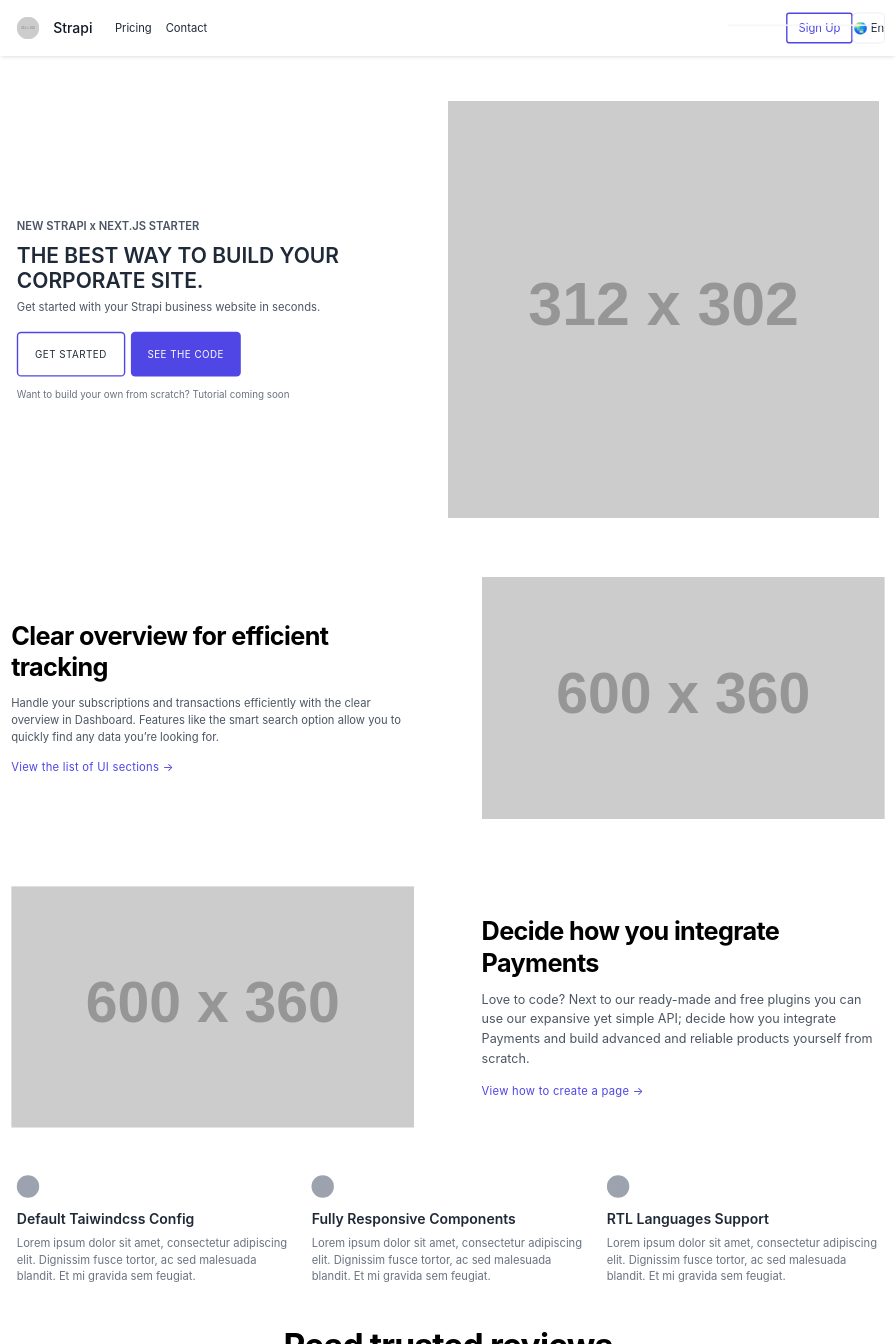
Repository: PaulBratslavsky/next-13-corporate-template
Page: /
An editor plug-in stored every save of this project. The page is shown before and after the next save, followed by the edit.
The browser window is 1280 px wide. The pictures show the part of the page from y = 0 to 1920 px (the page is 3732 px tall), at 70% of full size.
The project was rebuilt for these pictures with package versions that can differ from the ones it lists, and the page was loaded fresh each time. The framework's server and built-in components were replaced by stand-ins that run in the browser. Also part of the build but not shown: next.config.js.

Above is the page before, as saved 2022-12-06 13:09:00.

After the next save:
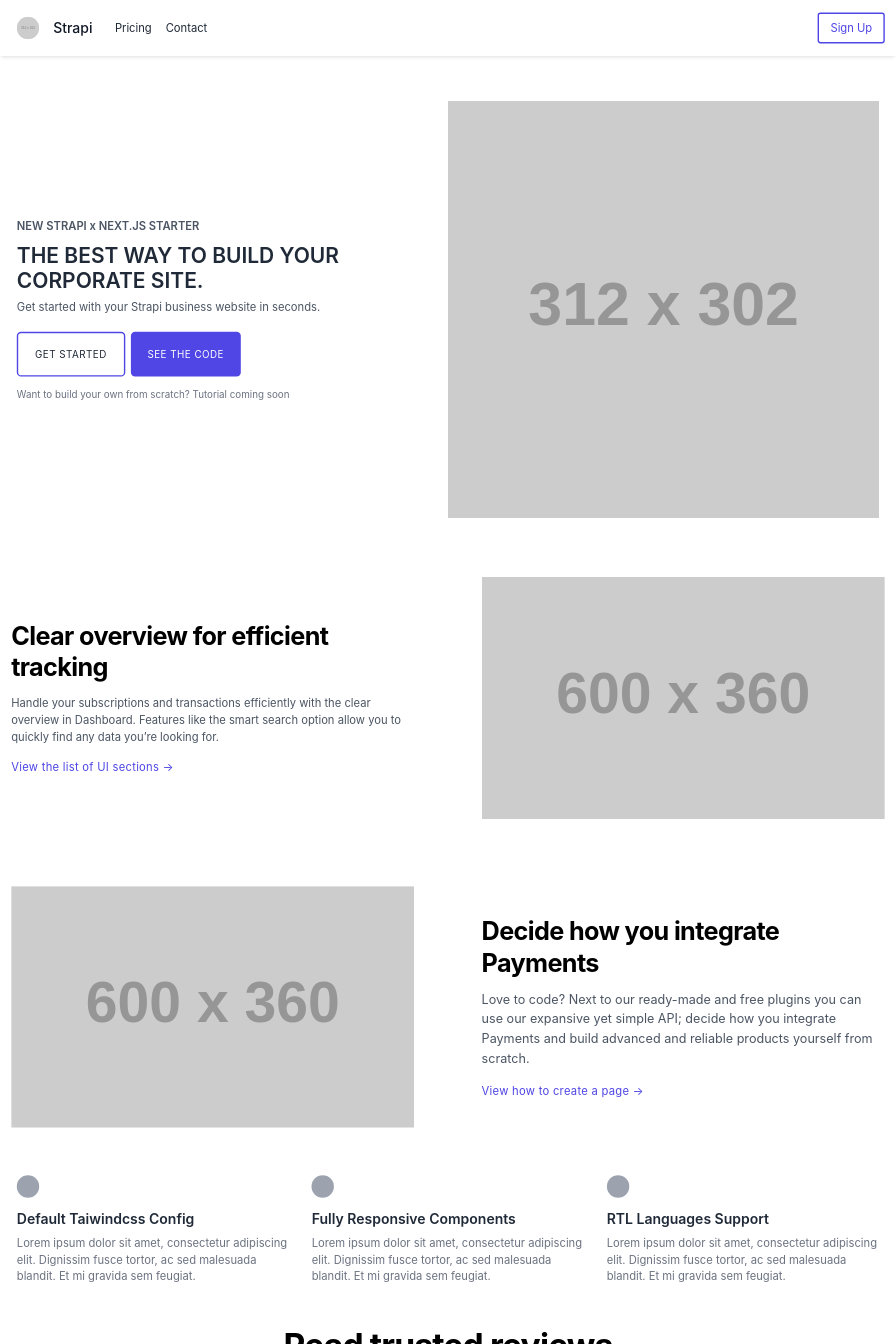
Saved 2 days later.
--- a/components/navbar.jsx
+++ b/components/navbar.jsx
@@ -32,35 +32,6 @@ const NavBar = () => {
                 <path d="M5 12h14M12 5l7 7-7 7"></path>
               </svg>
             </button> */}
-            <div className="relative inline-flex items-stretch bg-white border rounded-md">
-              <Menu>
-                <Menu.Button>🌏 En </Menu.Button>
-                  <div className="absolute right-0 z-10 w-56 mt-4 origin-top-right bg-white border border-gray-100 rounded-md shadow-lg">
-                  <Menu.Items>
-                    <Menu.Item>
-                      {({ active }) => (
-                        <a
-                          className={`${active && "block rounded-lg px-4 py-2 text-sm text-gray-500 hover:bg-gray-50 hover:text-gray-700"}`}
-
-                        >
-                          En
-                        </a>
-                      )}
-                    </Menu.Item>
-                    <Menu.Item>
-                      {({ active }) => (
-                        <a
-                          className={`${active && "block rounded-lg px-4 py-2 text-sm text-gray-500 hover:bg-gray-50 hover:text-gray-700"}`}
-
-                        >
-                          Fr
-                        </a>
-                      )}
-                    </Menu.Item>
-                  </Menu.Items>
-                  </div>
-                </Menu>
-            </div>
             </div>
           </div>
         </header>
